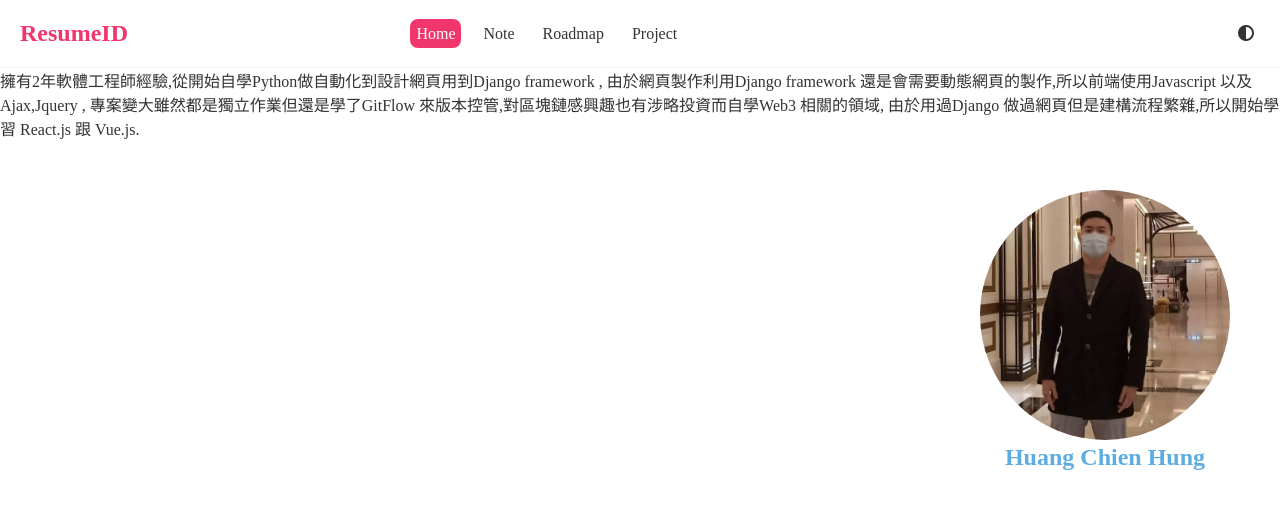
Repository: leo-play-code/ResumeID
Page: /
An editor plug-in stored every save of this project. The page is shown before and after a run of saves, followed by the edit.
The browser window is 1280 px wide. The pictures show the whole page.
Some web libraries are served in a nearby version. The project was rebuilt for these pictures with package versions that can differ from the ones it lists, and the page was loaded fresh each time. Also part of the build but not shown: src/Note/Note.js, src/Roadmap/Roadmap.js, src/Project/Project.js.

Above is the page before, as saved 2022-10-18 14:16:50.

### public/index.html
<!DOCTYPE html>
<html lang="en">
  <head>
    <meta charset="utf-8" />
    <link rel="icon" href="%PUBLIC_URL%/favicon.ico" />
    <meta name="viewport" content="width=device-width, initial-scale=1" />
    <meta name="theme-color" content="#000000" />
    <meta
      name="description"
      content="Web site created using create-react-app"
    />
    <link rel="apple-touch-icon" href="%PUBLIC_URL%/logo192.png" />
    <link rel="manifest" href="%PUBLIC_URL%/manifest.json" />

    <!-- fontawesome -->
    <script src="https://kit.fontawesome.com/14e9a4f90b.js" crossorigin="anonymous"></script>
    <title>React App</title>
  </head>
  <body>
    <noscript>You need to enable JavaScript to run this app.</noscript>
    <div id="root"></div>
  </body>
</html>

### src/index.css
/* base styles */
* {
  margin: 0;
  font-family: "Quicksand";
  color: #333;
}
.navbar {
  padding: 20px;
  display: flex;
  align-items: center;
  max-width: 100%;
  margin: 0 auto;
  border-bottom: 1px solid #f2f2f2;
}
.navbar h1 {
  color: #f1356d;
}
.navbar-center{
  margin-inline: auto;
}
.navbar-center .page-selected{
  color:white;
  background: #f1356d;
  border-radius: 8px;
  pointer-events: none;
}
.navbar .navbar-right {
  margin-left: auto;
}
.navbar a {
  margin-left: 16px;
  text-decoration: none;
  padding: 6px;
}
.navbar a:hover {
  color: #f1356d;
}
.content {
  max-width: 600px;
  margin: 40px auto;
  padding: 20px;
}

/* Home */
.Home .profile-container{
  height: 500px;
}
.Home .picture img{
  border-radius: 50%;
  max-width: 250px;
}
.Home .profile .MainName{
  color:#5DADE2;
}

.Home .profile .introduction{
  float:left;
}

.Home .profile .picture{
  margin: 50px;
  text-align: center;
  float:right;
}

### src/App.js
import Navbar from './Navbar/Navbar';
import { BrowserRouter as Router,Route,Switch} from 'react-router-dom'
import Home from './Home/Home';
import Note from './Note/Note';
import Roadmap from './Roadmap/Roadmap';
import Project from './Project/Project';

function App(){
    return (
        <Router>
            <div className="App">
            <Navbar />
                <Switch>
                    <Route exact path='/'>
                        <Home />
                    </Route>
                    <Route exact path='/Note'>
                        <Note />
                    </Route>
                    <Route exact path='/Roadmap'>
                        <Roadmap />
                    </Route>
                    <Route exact path='/Project'>
                        <Project />
                    </Route>

                </Switch>
            </div>
        </Router>

    )
}

export default App;

### src/Navbar/Navbar.js
import { useEffect, useState } from 'react';
import {Link} from 'react-router-dom';

function Navbar(){
    const [navbar_state,setPageState] = useState('');
    function ChangeColor(){
        console.log('changecolor')
    }
    function PageSelected(navbar_state){
        setPageState(navbar_state)
    }
    useEffect(()=>{
        const init_url_arr = window.location.href.split('/')
        const init_url_page = init_url_arr[init_url_arr.length-1]
        setPageState(init_url_page)
    })
    return (
        <nav className="navbar">
            <h1>ResumeID</h1>
            <span className='navbar-center'>
                {(navbar_state == '')&& <Link to="/" className='page-selected'>Home</Link>}
                {!(navbar_state == '')&&<Link to="/" onClick={()=>PageSelected('Home')}>Home</Link>}
                {(navbar_state == 'Note')&& <Link to="/Note" className='page-selected'>Note</Link>}
                {!(navbar_state == 'Note')&&<Link to="/Note" onClick={()=>PageSelected('Note')}>Note</Link>}
                {(navbar_state == 'Roadmap')&& <Link to="/Roadmap" className='page-selected'>Roadmap</Link>}
                {!(navbar_state == 'Roadmap')&&<Link to="/Roadmap" onClick={()=>PageSelected('Roadmap')}>Roadmap</Link>}
                {(navbar_state == 'Project')&& <Link to="/Project" className='page-selected'>Project</Link>}
                {!(navbar_state == 'Project')&&<Link to="/Project" onClick={()=>PageSelected('Project')}>Project</Link>}
            </span>
            <div className="navbar-right">
                <a onClick={ChangeColor}><i className="fa-solid fa-circle-half-stroke"></i></a>
            </div>
        </nav>
    )
}

export default Navbar ;

### src/Home/Home.js


function Home(){
    const pic = require('./static/image/selfy.jpg');
    return(
        <div className="Home">
            <div className='profile'>
                <div className="introduction">
                    <p>擁有2年軟體⼯程師經驗,從開始⾃學Python做⾃動化到設計網⾴⽤到Django framework , 由於網⾴製作利⽤Django framework 還是會需要動態網⾴的製作,所以前端使⽤Javascript 以及 Ajax,Jquery , 專案變⼤雖然都是獨立作業但還是學了GitFlow 來版本控管,對區塊鏈感興趣也有涉略投資⽽⾃學Web3 相關的領域, 由於⽤過Django 做過網⾴但是建構流程繁雜,所以開始學習 React.js 跟 Vue.js.</p>
                </div>
                <div className="picture">
                    <img src={pic} alt="" />
                    <h2 className='MainName'>Huang Chien Hung</h2>
                </div>
            </div>


        </div>
    )
}


export default Home ;

Loaded but not shown: src/index.js (common file); src/reportWebVitals.js (common file)

After the next 4 saves:
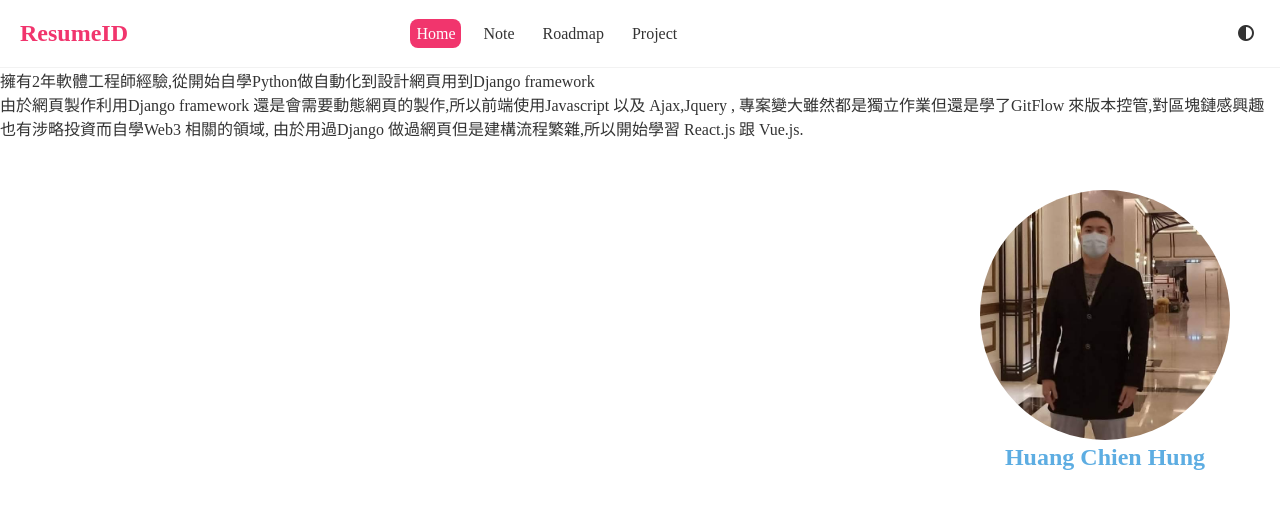
The 4 saves are shown as one change because 1 did not build or start and some came seconds apart.
The last was saved 13 s later.
--- a/src/Home/Home.js
+++ b/src/Home/Home.js
@@ -6,7 +6,8 @@ function Home(){
         <div className="Home">
             <div className='profile'>
                 <div className="introduction">
-                    <p>擁有2年軟體⼯程師經驗,從開始⾃學Python做⾃動化到設計網⾴⽤到Django framework , 由於網⾴製作利⽤Django framework 還是會需要動態網⾴的製作,所以前端使⽤Javascript 以及 Ajax,Jquery , 專案變⼤雖然都是獨立作業但還是學了GitFlow 來版本控管,對區塊鏈感興趣也有涉略投資⽽⾃學Web3 相關的領域, 由於⽤過Django 做過網⾴但是建構流程繁雜,所以開始學習 React.js 跟 Vue.js.</p>
+                    <p>擁有2年軟體⼯程師經驗,從開始⾃學Python做⾃動化到設計網⾴⽤到Django framework</p>
+                    <p>由於網⾴製作利⽤Django framework 還是會需要動態網⾴的製作,所以前端使⽤Javascript 以及 Ajax,Jquery , 專案變⼤雖然都是獨立作業但還是學了GitFlow 來版本控管,對區塊鏈感興趣也有涉略投資⽽⾃學Web3 相關的領域, 由於⽤過Django 做過網⾴但是建構流程繁雜,所以開始學習 React.js 跟 Vue.js.</p>
                 </div>
                 <div className="picture">
                     <img src={pic} alt="" />
